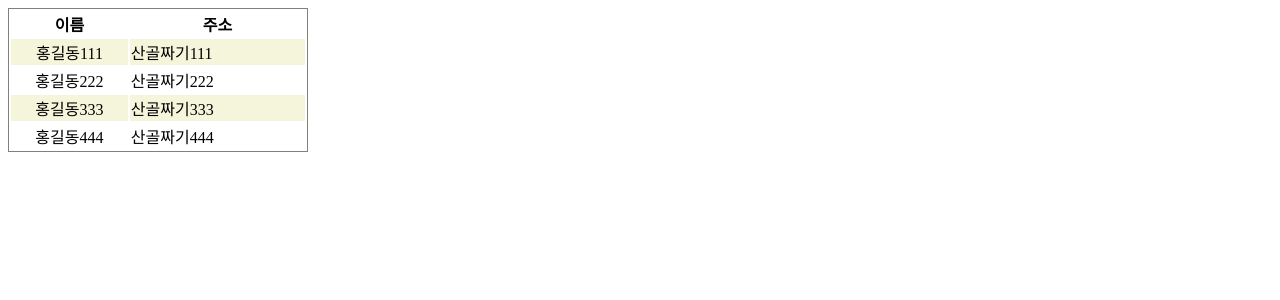
Repository: hangilyon/allJSPStudy
Page: javascript/ex15.html
These files come from the project's save history. The page is drawn as it stood at one moment and after the next save; the edit follows.
The browser window is 1280 px wide. The pictures show the whole page.

Above is the page before, as saved 2021-10-15 11:07:52.

After the next save:
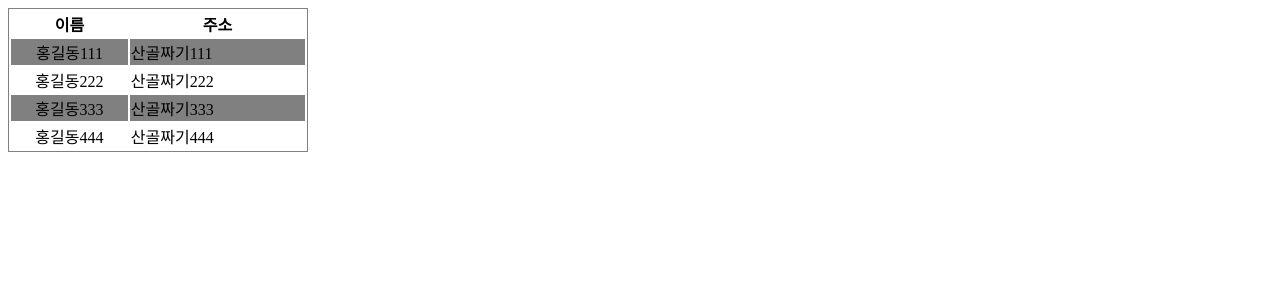
Saved 24 s later.
--- a/javascript/ex15.html
+++ b/javascript/ex15.html
@@ -9,7 +9,7 @@
 		border: 1px solid gray;
 	}
 	tr:nth-child(even) {
-		background-color: beige;
+		background-color: gray;
 	}
 	.name {
 		width: 40%;
